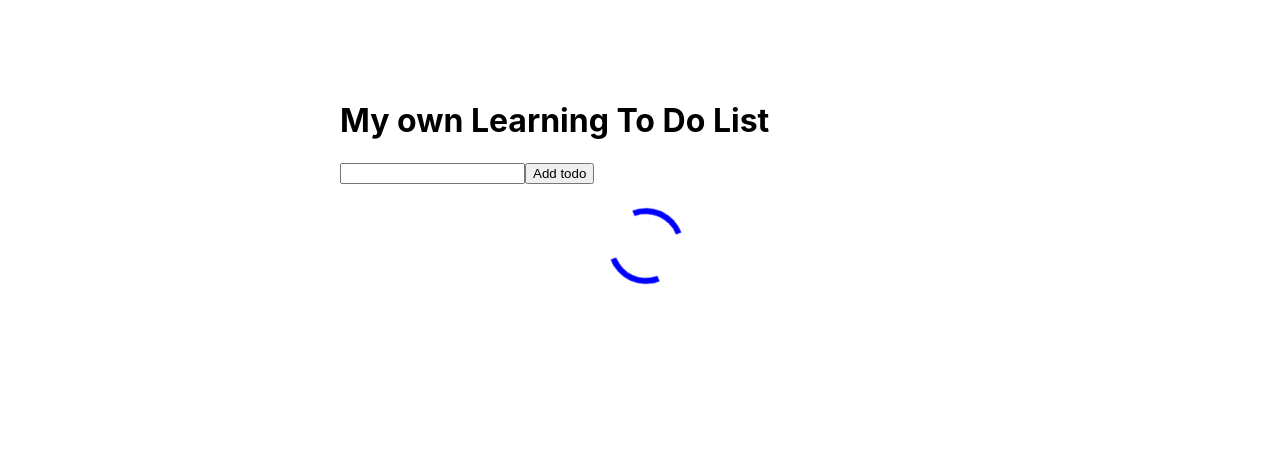
Repository: ArusyakAghajanyan/To-Do
Page: /
These files come from the project's save history. The page is drawn as it stood at one moment and after a run of saves; the edit follows.
The browser window is 1280 px wide. The pictures show the whole page.
The page's requests for data from a server got no answer. The project was rebuilt for these pictures with package versions that can differ from the ones it lists, and the page was loaded fresh each time. No one was signed in, and anything a server would have sent is missing. Also part of the build but not shown: src/Todo/TodoItem.js, src/Todo/TodoList.js.

Above is the page before, as saved 2022-03-10 22:58:49.

After the next 9 saves:
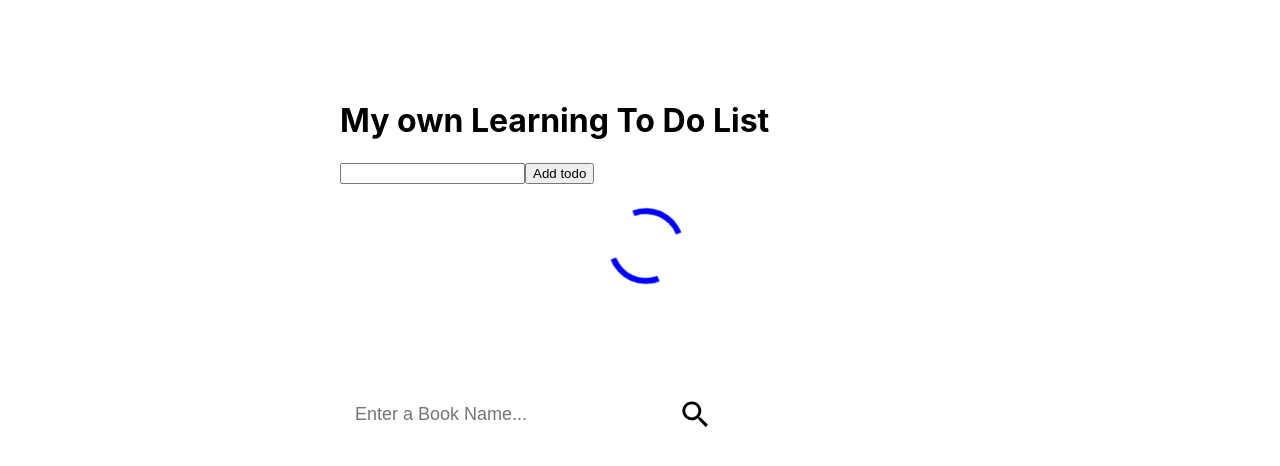
The 9 saves are shown as one change because 3 did not build or start and some came seconds apart.
The last was saved 14 min 31 s later.
--- a/src/App.js
+++ b/src/App.js
@@ -68,6 +68,9 @@ useEffect(() => {
       ) : loading ? null : (
         <p>No todos!</p>
        )}
+         <div >
+      <SearchBar placeholder="Enter a Book Name..." data={todos} />
+    </div>
     </div>
     </Context.Provider>
 
@@ -75,3 +78,5 @@ useEffect(() => {
 }
 
 export default App
+
+// className="App"
